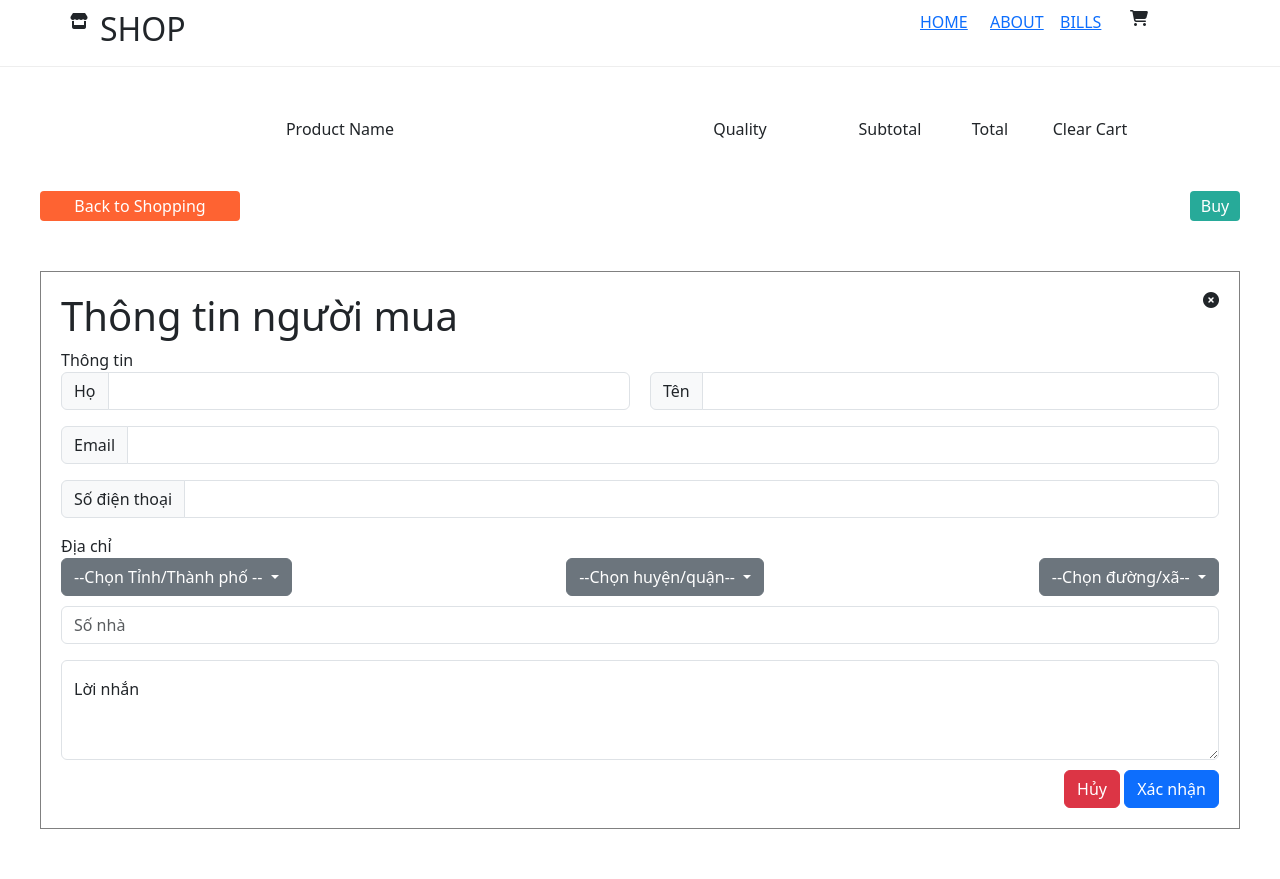
Repository: nguyenhaidang212/danh-sach-ban-hang
Page: index.html
An editor plug-in stored every save of this project. The page is shown before and after the next save, followed by the edit.
The browser window is 1280 px wide. The pictures show the whole page.
Some web libraries are served in a nearby version.

Above is the page before, as saved 2023-02-10 15:00:38.

### index.html
<!DOCTYPE html>
<html lang="en">
  <head>
    <meta charset="UTF-8" />
    <meta http-equiv="X-UA-Compatible" content="IE=edge" />
    <meta name="viewport" content="width=device-width, initial-scale=1.0" />
    <title>Danh sach ban hang</title>
    <link rel="stylesheet" href="style.css" />
    <script
      src="https://kit.fontawesome.com/2568d54abe.js"
      crossorigin="anonymous"
    ></script>
    <link
      href="https://cdn.jsdelivr.net/npm/bootstrap@5.3.0-alpha1/dist/css/bootstrap.min.css"
      rel="stylesheet"
      integrity="sha384-GLhlTQ8iRABdZLl6O3oVMWSktQOp6b7In1Zl3/Jr59b6EGGoI1aFkw7cmDA6j6gD"
      crossorigin="anonymous"
    />
    <script
      src="https://cdn.jsdelivr.net/npm/bootstrap@5.3.0-alpha1/dist/js/bootstrap.bundle.min.js"
      integrity="sha384-w76AqPfDkMBDXo30jS1Sgez6pr3x5MlQ1ZAGC+nuZB+EYdgRZgiwxhTBTkF7CXvN"
      crossorigin="anonymous"
    ></script>
  </head>
  <body>
    <header>
      <div class="header-title">
        <i class="fas fa-store header-icon-title"></i>
        <h2>SHOP</h2>
      </div>
      <div class="header-menu">
        <div class="header-menu-home">
          <a href="">HOME</a>
        </div>
        <div class="header-menu-about">
          <a href="">ABOUT</a>
        </div>
        <div class="header-menu-bill">
          <a href="">BILLS</a>
        </div>
        <i class="fas fa-shopping-cart buy_display"></i>
      </div>
    </header>

    <!-- Trang giao dien -->
    <main class="main_menu" style="display: none">
      <div class="list"></div>
    </main>
    <!-- Trang danh sach -->
    <main class="main_buy">
      <div class="title">
        <span>Product Name</span><span>Quality</span><span>Subtotal</span
        ><span>Total</span><span>Clear Cart</span>
      </div>
      <div class="buy">
        <button id="back">Back to Shopping</button>
        <button id="buy">Buy</button>
      </div>
    </main>
    <!-- Trang thanh toan -->
    <main class="main_confirm">
      <div class="buy_form">
        <div class="form_title">
          <h1>Thông tin người mua</h1>
          <i class="fa-solid fa-circle-xmark close"></i>
        </div>
        <div class="form_content">
          <div class="form_grid">
            <!-- <div id="name">Họ và tên</div>
                  <input type="text" placeholder="Họ" />
                  <input type="text" placeholder="Tên" />
                  <div id="email">Email</div>
                  <input type="text" placeholder="Email" />
                  <div id="phone">Số điện thoại</div>
                  <input type="text" placeholder="Số điện thoại" />
                  <div id="address">Địa chỉ</div> -->
            <div id="name">Thông tin</div>
            <div class="username">
              <div class="input-group mb-3">
                <span class="input-group-text" id="basic-addon1">Họ</span>
                <input
                  type="text"
                  class="form-control"
                  aria-label="Username"
                  aria-describedby="basic-addon1"
                />
              </div>
              <div class="input-group mb-3">
                <span class="input-group-text" id="basic-addon1">Tên</span>
                <input
                  type="text"
                  class="form-control"
                  aria-label="Username"
                  aria-describedby="basic-addon1"
                />
              </div>
            </div>
            <div class="input-group mb-3">
              <span class="input-group-text" id="basic-addon1">Email</span>
              <input
                type="text"
                class="form-control"
                aria-label="Username"
                aria-describedby="basic-addon1"
              />
            </div>
            <div class="input-group mb-3">
              <span class="input-group-text" id="basic-addon1"
                >Số điện thoại</span
              >
              <input
                type="text"
                class="form-control"
                aria-label="Username"
                aria-describedby="basic-addon1"
              />
            </div>
            <div id="address">Địa chỉ</div>
            <div class="address">
              <div class="dropdown">
                <button
                  class="btn btn-secondary dropdown-toggle"
                  type="button"
                  data-bs-toggle="dropdown"
                  aria-expanded="false"
                >
                  --Chọn Tỉnh/Thành phố --
                </button>
                <ul class="dropdown-menu">
                  <li><a class="dropdown-item" href="#">Hà Nội</a></li>
                  <li><a class="dropdown-item" href="#">Hải Phòng</a></li>
                  <li>
                    <a class="dropdown-item" href="#">Bắc Ninh</a>
                  </li>
                </ul>
              </div>
              <div class="dropdown">
                <button
                  class="btn btn-secondary dropdown-toggle"
                  type="button"
                  data-bs-toggle="dropdown"
                  aria-expanded="false"
                >
                  --Chọn huyện/quận--
                </button>
                <ul class="dropdown-menu">
                  <li><a class="dropdown-item" href="#">Action</a></li>
                  <li><a class="dropdown-item" href="#">Another action</a></li>
                  <li>
                    <a class="dropdown-item" href="#">Something else here</a>
                  </li>
                </ul>
              </div>
              <div class="dropdown">
                <button
                  class="btn btn-secondary dropdown-toggle"
                  type="button"
                  data-bs-toggle="dropdown"
                  aria-expanded="false"
                >
                  --Chọn đường/xã--
                </button>
                <ul class="dropdown-menu">
                  <li><a class="dropdown-item" href="#">Action</a></li>
                  <li><a class="dropdown-item" href="#">Another action</a></li>
                  <li>
                    <a class="dropdown-item" href="#">Something else here</a>
                  </li>
                </ul>
              </div>
            </div>
            <div class="input-group mb-3">
              <input
                type="text"
                class="form-control"
                placeholder="Số nhà"
                aria-label="Username"
                aria-describedby="basic-addon1"
              />
            </div>
            <div class="form-floating">
              <textarea
                class="form-control"
                placeholder="Leave a comment here"
                id="floatingTextarea2"
                style="height: 100px"
              ></textarea>
              <label for="floatingTextarea2">Lời nhắn</label>
            </div>
            <div class="confirm">
              <button type="button" class="btn btn-danger">Hủy</button>
              <button type="button" class="btn btn-primary">Xác nhận</button>
            </div>
          </div>
        </div>
      </div>
    </main>
    <script src="main.js"></script>
  </body>
</html>
<!-- <div class="list_buy">
  <div class="buy-name">${e.name}</div>
  <div class="buy-quality">
    <i class="fa-solid fa-minus plus-icon"></i>
    ${e.quality}
    <i class="fa-solid fa-plus minus-icon"></i>
  </div>
  <div class="buy-price">${e.gia}</div>
  <div class="buy-sum">${e.id}</div>
  <div><i class="fa-solid fa-circle-xmark buy-del"></i></div>
</div> -->

### style.css
* {
  padding: 0;
  margin: 0;
  box-sizing: border-box;
}
.form {
  display: inline-grid;
  grid-template-columns: 150px 150px 150px 150px;
  column-gap: 20px;
  row-gap: 20px;
  text-align: center;
  margin-bottom: 20px;
}
header {
  display: flex;
  border-bottom: 1px solid #eee;
  width: 100%;
  padding: 10px 100px 10px;
  justify-content: space-between;
}
.header-title {
  display: flex;
}
h2 {
  font-size: 20px;
}
.header-icon-title {
  position: absolute;
  left: 70px;
  top: 13px;
}
.header-menu {
  display: grid;
  grid-template-columns: 50px 50px 50px 50px;
  column-gap: 20px;
}
a {
  text-decoration: none;
  color: black;
}
main {
  width: 1200px;
  margin: 50px auto;
}
.list {
  display: grid;
  margin: 0 225px;
  grid-template-columns: 180px 180px 180px 180px;
  column-gap: 10px;
  row-gap: 20px;
  text-align: center;
}
.item {
  border: 2px solid #eee;
  position: relative;
}
.item-imgs {
  width: 100%;
  height: 180px;
  display: flex;
  justify-content: center;
  align-items: center;
  margin-bottom: 8px;
  overflow: hidden;
}
.item-img {
  text-align: center;
  width: 100%;
}
.item-title {
  font-size: 20px;
  font-weight: 600;
}
.item-info {
  display: flex;
  justify-content: space-between;
  margin: 5px;
  padding: 0 10px;
  font-size: 12px;
}
.item-icon {
  position: absolute;
  border-radius: 50%;
  width: 30px;
  height: 30px;
  line-height: 30px;
  bottom: 36px;
  right: -4px;
}
.item-add {
  color: #fe6332;
  cursor: pointer;
}
.buy_display {
  cursor: pointer;
}
#back {
  background-color: #fe6332;
  color: white;
  border-radius: 4px;
  width: 200px;
  height: 30px;
  border: none;
  cursor: pointer;
}
#buy {
  background-color: #27aa99;
  color: white;
  border-radius: 4px;
  width: 50px;
  height: 30px;
  border: none;
  cursor: pointer;
}
.title {
  display: grid;
  grid-template-columns: 600px 200px 100px 100px 100px;
  text-align: center;
  margin-bottom: 20px;
}
.list_buy {
  display: flex;
  text-align: center;
  margin-bottom: 12px;
  max-height: 400px;
}
.buy-name {
  width: 600px;
}
.buy-quality {
  width: 200px;
}
.buy-price,
.buy-del,
.buy-sum {
  width: 100px;
}
.buy {
  margin: auto;
  display: flex;
  justify-content: space-between;
  margin-top: 50px;
}
.buy-del {
  color: red;
  cursor: pointer;
}
.plus-icon,
.minus-icon {
  margin: 0 24px;
  cursor: pointer;
  border: 1px solid #eee;
  padding: 4px;
  border-radius: 50%;
}
.plus-icon:hover {
  background-color: #fe6332;
}
.minus-icon:hover {
  background-color: #27aa99;
}
/* Trang thanh toan */
.buy_form {
  border: 1px solid rgba(128, 128, 128, 1);
  margin: 0 auto;
  padding: 20px;
  background-color: white;
}
.form_title {
  display: flex;
  justify-content: space-between;
}
.username {
  display: flex;
  justify-content: space-between;
  column-gap: 20px;
}
.address {
  display: flex;
  justify-content: space-between;
}
.dropdown {
  text-align: center;
  margin-bottom: 10px;
}
.form_title i {
  cursor: pointer;
}
.confirm {
  text-align: right;
  margin-top: 10px;
}

### main.js
const listData = [
  {
    id: 1,
    name: "Quần áo nam",
    so_luong: 100,
    gia: 100,
    src: "https://znews-photo.zadn.vn/w660/Uploaded/ycgmvjvj/2018_03_31/1.jpg",
    quality: 1,
  },
  {
    id: 2,
    name: "Điện thoại",
    so_luong: 200,
    gia: 500,
    src: "https://cdn2.cellphones.com.vn/358x358,webp,q100/media/catalog/product/t/_/t_m_12.png",
    quality: 1,
  },
  {
    id: 3,
    name: "Macbook",
    so_luong: 300,
    gia: 1000,
    src: "https://cdn.tgdd.vn/Products/Images/44/231244/macbook-air-m1-2020-gold-600x600.jpg",
    quality: 1,
  },
  {
    id: 4,
    name: "Máy ảnh",
    so_luong: 400,
    gia: 1200,
    src: "https://www.nguyenkim.com/images/detailed/644/10036326-may-anh-canon-eos-3000d-kit-ef-s-18-55mm-den-1.jpg",
    quality: 1,
  },
  {
    id: 5,
    name: "Đồng hồ",
    so_luong: 500,
    gia: 1400,
    src: "https://cdn1.viettelstore.vn/images/Product/ProductImage/medium/Apple_Watch_SE-Cell-44mm-star1.jpg",
    quality: 1,
  },
  {
    id: 6,
    name: "Giày nam",
    so_luong: 600,
    gia: 1500,
    src: "https://cdn.elly.vn/uploads/2019/08/13121739/giay-nam-cao-cap-da-that-ELLY-EGTM2-5.jpg",
    quality: 1,
  },
  {
    id: 7,
    name: "Tủ lạnh",
    so_luong: 700,
    gia: 1600,
    src: "https://cdn.tgdd.vn/Products/Images/1943/284851/tu-lanh-aqua-inverter-456-lit-aqr-m525xa-fb-600x600.jpg",
    quality: 1,
  },
  {
    id: 8,
    name: "Điều hòa",
    so_luong: 800,
    gia: 1700,
    src: "https://hangdienmaygiare.com/images/products/2020/02/22/large/dieu-hoa-1-chieu-panasonic-n9wkh-8m_1582358300.jpg",
    quality: 1,
  },
  {
    id: 9,
    name: "Máy giặt",
    so_luong: 1000,
    gia: 2000,
    src: "https://hangdienmaygiare.com/images/products/2019/09/03/large/may-giat-electrolux-ewf1042bdwa-10-kg-inverter.jpg",
    quality: 1,
  },
  {
    id: 10,
    name: "Váy đầm nữ",
    so_luong: 2000,
    gia: 300,
    src: "https://luzy.vn/wp-content/uploads/2020/05/LZD10951-18.jpg",
    quality: 1,
  },
  {
    id: 11,
    name: "Mắt kính",
    so_luong: 2100,
    gia: 400,
    src: "https://vn-test-11.slatic.net/p/5e0af4609b84659f759982ac0146f184.jpg_800x800q100.jpg_600x600Q100.jpg",
    quality: 1,
  },
  {
    id: 12,
    name: "Thắt lưng da",
    so_luong: 200,
    gia: 200,
    src: "https://hoianleather.com/wp-content/uploads/2021/04/That-lung-da-bo-that-danh-cho-nam-2.jpg",
    quality: 1,
  },
];
const keyLocalStorageListSP = "DANHSACHSP";
const keyLocalStorageItemCart = "DANHSACHITEMCART";
const listItem = document.querySelector(".list");
const $ = document.body;

localStorage.setItem(keyLocalStorageListSP, JSON.stringify(listData));
const item = JSON.parse(localStorage.getItem(keyLocalStorageListSP));
item.forEach((value) => {
  const template = `<div class="item">
  <div class="item-imgs">
    <img src="${value.src}" alt="" class="item-img"/>
  </div>
  <div class="item-icon"><i class="fa-solid fa-cart-plus item-add"></i></div>
  <div class="item-title">${value.name}</div>
  <div class="item-info">
    <div class="item-price">Giá: ${value.gia}</div>
    <div class="item-quality">Số lượng: ${value.so_luong}</div>
  </div>
</div>`;
  listItem.insertAdjacentHTML("beforeend", template);
});
const itemAdd = document.querySelectorAll(".item-add");
const arrayItemAdd = [];
const mainMenu = document.querySelector(".main_menu");
const mainBuy = document.querySelector(".main_buy");
const buyDiplay = document.querySelector(".buy");
const delItem = document.querySelector(".buy-del");
$.addEventListener("click", (e) => {
  //-----Chuyen trang-----
  if (e.target.matches(".buy_display")) {
    const listItem = JSON.parse(localStorage.getItem(keyLocalStorageItemCart));
    mainMenu.style.display = "none";
    mainBuy.style.display = "block";
    displayItem(listItem);
  }
  if (e.target.matches("#back")) {
    mainMenu.style.display = "block";
    mainBuy.style.display = "none";
    const back = document.querySelector("#back");
    document.querySelectorAll(".list_buy").forEach((e) => {
      e.remove();
    });
  }
  if (e.target.matches("#buy")) {
    $.style.backgroundColor = "rgba(128, 128, 128, 1)";
    mainBuy.style.display = "none";
    document.head.style.display = "none";
  }
  //-----Add Item-----
  if (e.target.matches(".item-add")) {
    addItem(e.target);
  }
  //-----Del Item-----
  if (e.target.matches(".buy-del")) {
    const itemDelName =
      e.target.parentNode.previousElementSibling.previousElementSibling
        .previousElementSibling.previousElementSibling;
    delItemBuy(itemDelName);
  }
  //-----Increase/Decrease Item----
  if (e.target.matches(".plus-icon")) {
    const listItem = JSON.parse(localStorage.getItem(keyLocalStorageItemCart));
    listItem.forEach((value) => {
      if (
        value.name == e.target.parentNode.previousElementSibling.textContent
      ) {
        value.soluong++;
      }
    });
    localStorage.setItem(keyLocalStorageItemCart, JSON.stringify(listItem));
    console.log(listItem);
    const listBuy = document.querySelectorAll(".list_buy");
    listBuy.forEach((e) => {
      e.remove();
    });
    displayItem(listItem);
  }
  if (e.target.matches(".minus-icon")) {
    const listItem = JSON.parse(localStorage.getItem(keyLocalStorageItemCart));
    listItem.forEach((value, i) => {
      if (
        value.name == e.target.parentNode.previousElementSibling.textContent
      ) {
        value.soluong--;
        if (value.soluong == 0) {
          listItem.splice(i, 1);
        }
      }
    });
    console.log(listItem);
    localStorage.setItem(keyLocalStorageItemCart, JSON.stringify(listItem));
    const listBuy = document.querySelectorAll(".list_buy");
    listBuy.forEach((e) => {
      e.remove();
    });
    displayItem(listItem);
  }
});

// // -----Them san pham-----
function addItem(value) {
  item.forEach((e) => {
    if (e.name == value.parentNode.nextElementSibling.textContent) {
      const object = {
        id: e.id,
        soluong: e.quality,
        name: e.name,
        price: e.gia,
      };
      arrayItemAdd.forEach((e, i) => {
        if (object.id == e.id) {
          object.soluong = e.soluong + 1;
          arrayItemAdd.splice(i, 1);
        }
      });
      arrayItemAdd.push(object);
    }
  });
  localStorage.setItem(keyLocalStorageItemCart, JSON.stringify(arrayItemAdd));
}

// //-----Hien thi san pham da mua-----
function displayItem(arr) {
  arr.forEach((e) => {
    item.forEach((value) => {
      if (value.id == e.id) {
        const price = Number(e.price) * Number(e.soluong);
        buyDiplay.insertAdjacentHTML(
          "beforebegin",
          `<div class="list_buy">
        <div class="buy-name">${value.name}</div>
        <div class="buy-quality">
        <i class="fa-solid fa-minus minus-icon"></i>
        ${e.soluong}
        <i class="fa-solid fa-plus plus-icon"></i>
        </div>
        <div class="buy-price">${value.gia}</div>
        <div class="buy-sum">${price}</div>
        <div><i class="fa-solid fa-circle-xmark buy-del"></i></div>
      </div>`
        );
      }
    });
  });
}

// //-----Xoa san pham-----
function delItemBuy(name) {
  name.parentNode.remove();
  arrayItemAdd.forEach((e, i) => {
    if (e.name == name.textContent) {
      arrayItemAdd.splice(i, 1);
    }
  });
  localStorage.setItem(keyLocalStorageItemCart, JSON.stringify(arrayItemAdd));
}
// localStorage.clear();

After the next save:
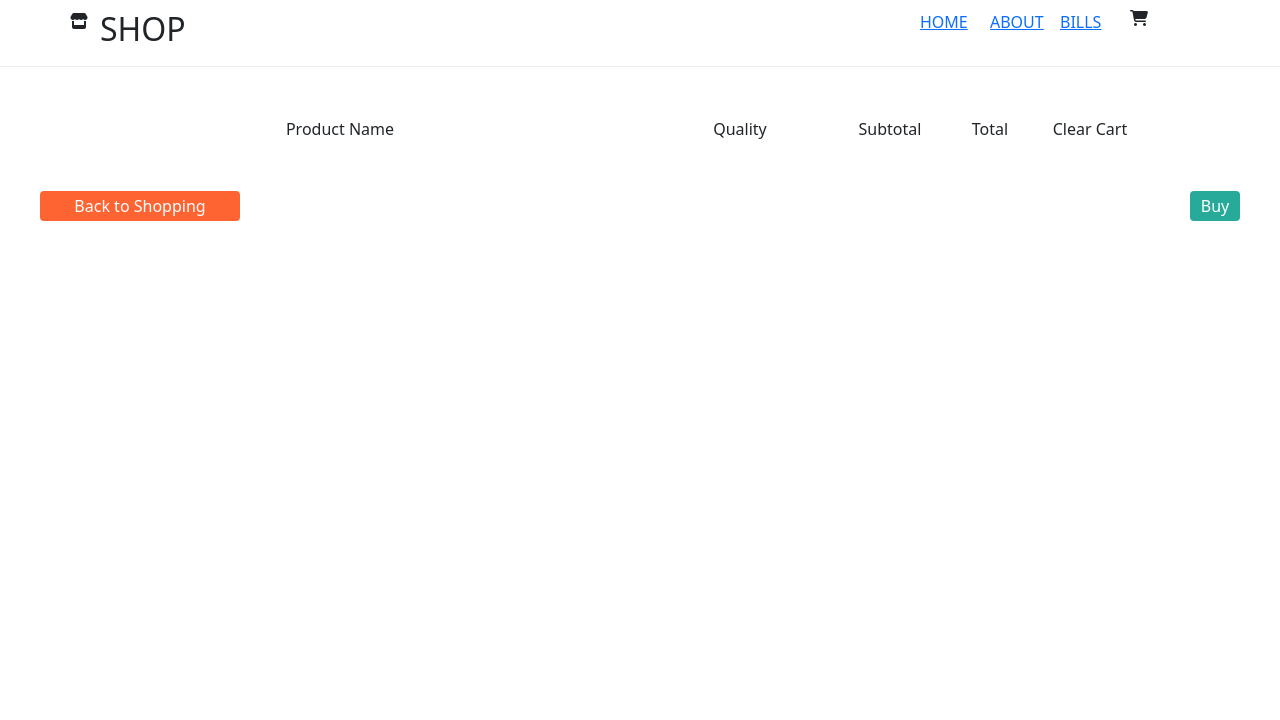
Saved 9 s later.
--- a/index.html
+++ b/index.html
@@ -58,7 +58,7 @@
       </div>
     </main>
     <!-- Trang thanh toan -->
-    <main class="main_confirm">
+    <main class="main_confirm" style="display: none">
       <div class="buy_form">
         <div class="form_title">
           <h1>Thông tin người mua</h1>
